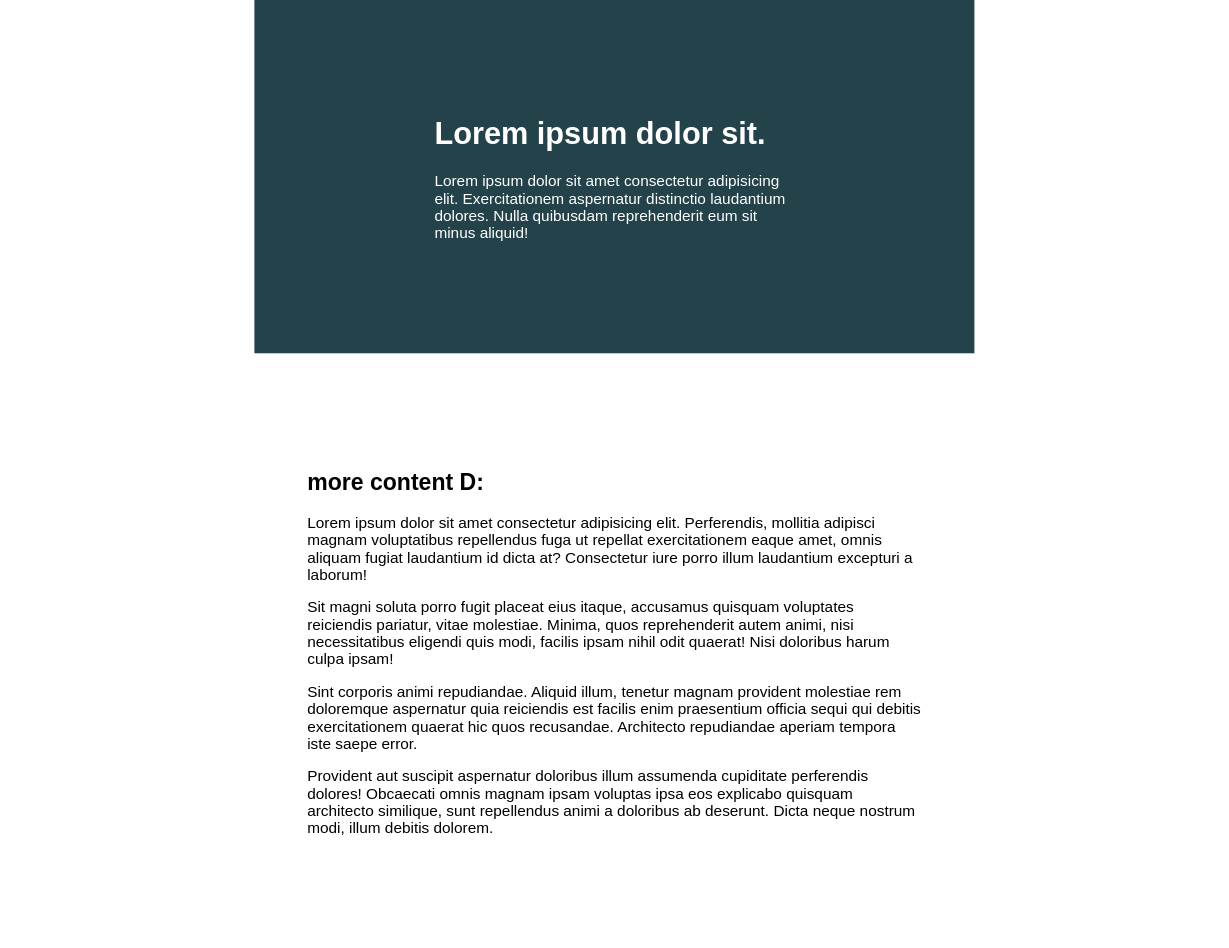
Repository: ufanodev/responsive-3
Page: index.html
An editor plug-in stored every save of this project. The page is shown before and after the next save, followed by the edit.
The browser window is 1280 px wide. The pictures show the whole page, at 96% of full size.

Above is the page before, as saved 2022-12-10 19:43:04.

After the next save:
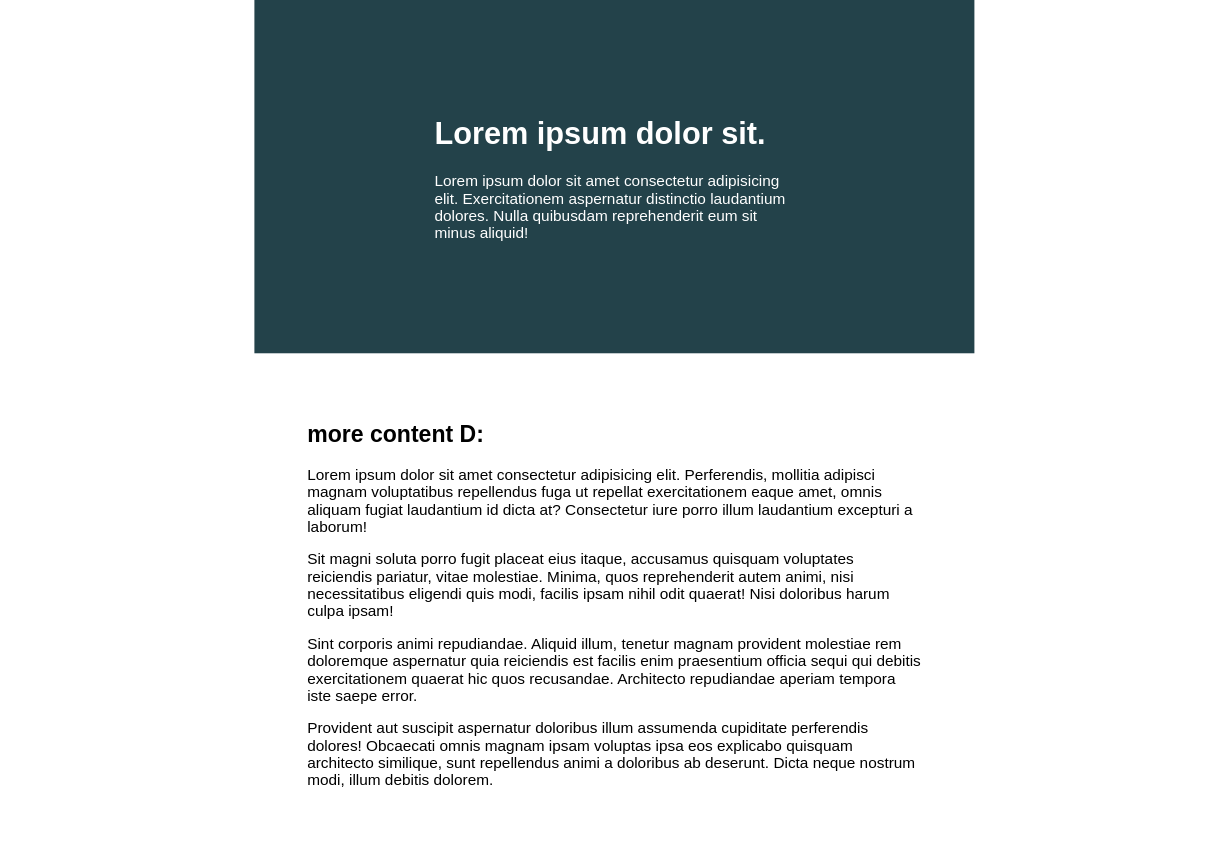
Saved 5 s later.
--- a/style.css
+++ b/style.css
@@ -43,5 +43,5 @@ body {
   width: 50%;
   max-width: 750px;
   margin: 0 auto;
-  padding: 100px 0;
+  padding: 50px 0;
 }
